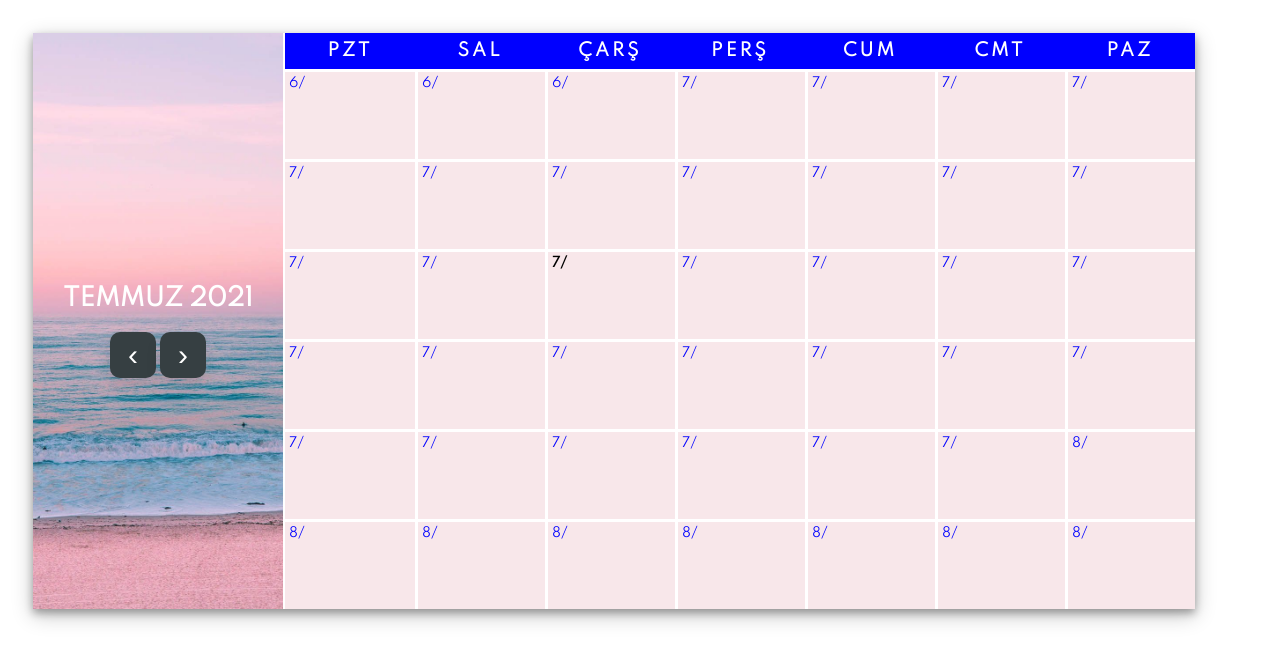
Repository: ahmetbugraozcan/javascript-calendar
Page: tablo.html
An editor plug-in stored every save of this project. The page is shown before and after the next save, followed by the edit.
The browser window is 1280 px wide. The pictures show the whole page.

Above is the page before, as saved 2021-07-14 12:53:21.

### tablo.html
<!DOCTYPE html>
<html lang="en">

<head>
    <link href='https://fonts.googleapis.com/css?family=Spartan' rel='stylesheet' type='text/css'>

    <meta charset="UTF-8">
    <meta http-equiv="X-UA-Compatible" content="IE=edge">
    <meta name="viewport" content="width=device-width, initial-scale=1.0">
    <title>Document</title>
</head>
<!--pazartesi salı çarş... için arrayler oluştur. arraylere göre günleri yerleştir.-->
<!--Veritabanı için dizi içinden kontroledivez. örneğin pazartesi[1] değeri 12 mayıs 2021 e eşitse databasede bununla eşleşen değeri getir
    ardından pazartesi[1] e eşdeğer olan id'li divin içeriği değişecek.-->

<style>
    /*bu rengi rgb(109, 109, 109) deaktifler için  de kullanabiliriz*/
    :root {
        /*üssttekilerden borderi al*/
        --border: 3.8px solid white;
        /* --border: 3.5px solid rgb(109, 109, 109);  */
        --backgroundcolor: #F8E7EA;
        /* --containercolor: #cc3c37; */
        /* --containercolor: rgb(196, 180, 180); */
        --containercolor: white;
    }

    body {
        font-family: 'Spartan', sans-serif;
    }

    * {
        box-sizing: border-box;
    }

    .days {
        background-color: blue;
        padding: 8px;
        color: white;
        letter-spacing: 3px;
        font-weight: bold;
        font-size: 17px;

    }

    .days,
    h2 {

        text-align: center;
    }


    .cell-last {

        border: none;
    }

    .cell-top {

        border-top: var(--border);
    }

    .button {
        /* butonları uzaklaştırıyor margin: 10px; */
        box-shadow: 0px white;
        font-size: 30px;
        background-color: #363f42;
        /* Green */
        border: none;
        border-radius: 10px;
        color: white;
        padding: 6px 18px;
        text-align: center;
        text-decoration: none;
        display: inline-block;
        box-shadow: 0px 8px 15px rgba(0, 0, 0, 0.1);
        transition: all 0.3s ease 0s;
        cursor: pointer;
    }

    .button:hover {
        background-color: #dce0dc;
        color: black;
        box-shadow: 0px 15px 20px rgba(209, 228, 220, 0.4);

        transform: translateY(-7px);
    }

    /* her hücre*/
    .cell,
    .cell-top,
    .cell-last {
        padding: 4px;
        cursor: pointer;
        background-color: var(--backgroundcolor);
        color: black;
        text-align: left;
        font-size: 13px;
        padding-right: 5px;
        text-overflow: clip;
        white-space: nowrap;
        overflow: hidden;
        border-top: var(--border);
        border-left: var(--border);
        width: 130px;
        height: 90px;
    }


    /*tablonun kendisi*/
    .calendar {

        box-shadow: 0 4px 8px 0 rgba(0, 0, 0, 0.3), 0 6px 20px 0 rgba(0, 0, 0, 0.24);
        margin: 25px;
        /* padding-right: 20px; #f26430; */
        overflow: hidden;
        display: flex;
        width: fit-content;
        background-color: var(--containercolor);
    }


    .container {
        margin: a;
        display: flex;
        width: fit-content;
        flex-direction: row;
    }

    .not-defteri-header {

        justify-content: center;
        flex-direction: row;
        display: flex;
        align-items: center;
    }

    .calendar-header {
        /*default*/
        /* background-image: url('/images/ilkbahar.jpg'); */
        color: rgb(255, 255, 255);
        background-size: cover;
        margin-right: 2px;
        justify-content: center;
        width: 250px;
        flex-direction: column;
        display: flex;
        align-items: center;
    }

    .not-defteri {
        display: none;
        background-color: red;
        width: 350px;
    }
</style>

<body>

    <span class="container">
        <div class="calendar">
            <div class="calendar-header", id="calendar-header">
                <div>
                    <h2 id="currentDate"></h2>
                </div>
                <div>
                    <span>
                        <button type="button" class="button" id="next-button" onclick="previousDate()">
                            &#8249
                        </button>
                    </span>
                    <span>
                        <button class="button" id="previous-button" type="button" onclick="nextDate()">
                            &#8250
                        </button>
                    </span>
                </div>



            </div>
            <div>
                <div>
                    <div class="days">PZT</div>
                </div>
                <div class="cell-top" style="border-left: none;" id="pazartesi0">1</div>
                <div class="cell" style="border-left: none;" id="pazartesi1">1</div>
                <div class="cell" style="border-left: none;" id="pazartesi2">1</div>
                <div class="cell" style="border-left: none;" id="pazartesi3">1</div>
                <div class="cell" style="border-left: none;" id="pazartesi4">1</div>
                <div style="border-bottom: none; border-left: none;" class="cell" id="pazartesi5">1</div>
            </div>
            <div>
                <div>
                    <div class="days">SAL</div>
                </div>
                <div class="cell-top" id="sali0">1</div>
                <div class="cell" id="sali1">1</div>
                <div class="cell" id="sali2">1</div>
                <div class="cell" id="sali3">1</div>
                <div class="cell" id="sali4">1</div>
                <div style="border-bottom: none;" class="cell" id="sali5">1</div>
            </div>
            <div>
                <div>
                    <div class="days">ÇARŞ</div>
                </div>
                <div class="cell-top" id="carsamba0">1</div>
                <div class="cell" id="carsamba1">1</div>
                <div id="carsamba2" class="cell">1</div>
                <div id="carsamba3" class="cell">1</div>
                <div id="carsamba4" class="cell">1</div>
                <div style="border-bottom: none;" id="carsamba5" class="cell">1</div>
            </div>
            <div>
                <div>
                    <div class="days">PERŞ</div>
                </div>
                <div class="cell-top" id="persembe0">1</div>
                <div class="cell" id="persembe1">1</div>
                <div id="persembe2" class="cell">1</div>
                <div id="persembe3" class="cell">1</div>
                <div id="persembe4" class="cell">1</div>
                <div style="border-bottom: none;" id="persembe5" class="cell">1</div>
            </div>
            <div>
                <div>
                    <div class="days">CUM</div>
                </div>
                <div class="cell-top" id="cuma0">1</div>
                <div class="cell" id="cuma1">1</div>
                <div id="cuma2" class="cell">1</div>
                <div id="cuma3" class="cell">1</div>
                <div id="cuma4" class="cell">1</div>
                <div style="border-bottom: none;" id="cuma5" class="cell">1</div>
            </div>
            <div>
                <div>
                    <div class="days">CMT</div>
                </div>
                <div class="cell-top" id="cumartesi0">1</div>
                <div class="cell" id="cumartesi1">1</div>
                <div class="cell" id="cumartesi2">1</div>
                <div class="cell" id="cumartesi3">1</div>
                <div class="cell" id="cumartesi4">1</div>
                <div style="border-bottom: none;" class="cell" id="cumartesi5">1</div>

            </div>
            <div>

                <div>
                    <div class="days">PAZ</div>
                </div>
                <div id="pazar0" class="cell-top">1</div>
                <div id="pazar1" class="cell-last">1</div>
                <div id="pazar2" class="cell-last">1</div>
                <div id="pazar3" class="cell-last">1</div>
                <div id="pazar4" class="cell-last">1</div>
                <div style="border-bottom: none;" id="pazar5" class="cell-last">1</div>
            </div>
        </div>
        <div id="not-defteri" class="not-defteri">
            <div class="not-defteri-header">
                <h1>Yapılacaklar</h1>
                <button onclick="disableNotePad()">Kapat</button>
            </div>
            <div id="not-defteri-1"></div>
            <div id="not-defteri-2"></div>

        </div>
    </span>

    </body>

    <script src="takvim.js">
    </script>



</html>

### takvim.js
function daysInMonth(month, year) {
    return new Date(year, month, 0).getDate();
}


var currentDate = new Date();
var pazartesi = [];
var sali = [];
var carsamba = [];
var persembe = [];
var cuma = [];
var cumartesi = [];
var pazar = [];
var gunler = ["pazar", "pazartesi", "sali", "carsamba", "persembe", "cuma", "cumartesi"];
var baslanacakDate = new Date(currentDate.getFullYear(), currentDate.getMonth(), 1);
var currentMonth = baslanacakDate.getMonth();
var currentYear = baslanacakDate.getFullYear();

// document.getElementById("previous-button").onclick = previousDate();
// document.getElementById("next-button").onclick = nextDate();

fillCalendar();




function fillCalendar() {

    var firstDate = baslanacakDate.getDay();
    if (firstDate == 0) {
        firstDate = 7;
    }
    baslanacakDate.setDate((baslanacakDate.getDate()) - (firstDate));
    // var today = new Date();
    // var todayWithoutTime = new Date(today.getFullYear(), today.getMonth(), today.getDate() );



    for (let i = 1; i <= 42; i++) {
        baslanacakDate.setDate((baslanacakDate.getDate()) + (1));
        // bir tabloda 42 gün var o ayın kaç çektiğini bul bu aydan geriye kaç sayacağız ona bul bu aydan ileri kaç sayacağız onu bul ve ona göre bir date oluştur.
        //ardından bu for döngüsünü kullan

        // if(baslanacakDate.toDateString() ==  todayWithoutTime.toDateString()){
        //     console.log("bugün eşitlendi : " + i);
        //     counter = i;
        // }

        switch (baslanacakDate.getDay()) {
            case 0:
                pazar.push(baslanacakDate.toLocaleDateString());

                break;
            case 1:
                pazartesi.push(baslanacakDate.toLocaleDateString());
                break;
            case 2:
                sali.push(baslanacakDate.toLocaleDateString());
                break;
            case 3:
                carsamba.push(baslanacakDate.toLocaleDateString());
                break;

            case 4:
                persembe.push(baslanacakDate.toLocaleDateString());
                break;

            case 5:
                cuma.push(baslanacakDate.toLocaleDateString());
                break;

            case 6:
                cumartesi.push(baslanacakDate.toLocaleDateString());
                break;
        }
    }


    document.getElementById("currentDate").innerHTML = getMonthAsString(currentMonth) + " " + currentYear;
    for (let i = 0; i < 6; i++) {
        document.getElementById(`pazar${i}`).innerHTML = getDayAsString(pazar[i]);

        document.getElementById(`pazartesi${i}`).innerHTML = getDayAsString(pazartesi[i]);
        document.getElementById(`sali${i}`).innerHTML = getDayAsString(sali[i]);
        document.getElementById(`carsamba${i}`).innerHTML = getDayAsString(carsamba[i]);
        document.getElementById(`persembe${i}`).innerHTML = getDayAsString(persembe[i]);
        document.getElementById(`cuma${i}`).innerHTML = getDayAsString(cuma[i]);
        document.getElementById(`cumartesi${i}`).innerHTML = getDayAsString(cumartesi[i]);

        document.getElementById(`pazar${i}`).style.color = "#0000FF";
        document.getElementById(`pazar${i}`).style.fontWeight = "500";

        document.getElementById(`pazartesi${i}`).style.color = "#0000FF";
        document.getElementById(`pazartesi${i}`).style.fontWeight = "500";

        document.getElementById(`sali${i}`).style.color = "#0000FF";
        document.getElementById(`sali${i}`).style.fontWeight = "500";

        document.getElementById(`carsamba${i}`).style.color = "#0000FF";
        document.getElementById(`carsamba${i}`).style.fontWeight = "500";

        document.getElementById(`persembe${i}`).style.color = "#0000FF";
        document.getElementById(`persembe${i}`).style.fontWeight = "500";

        document.getElementById(`cuma${i}`).style.color = "#0000FF";
        document.getElementById(`cuma${i}`).style.fontWeight = "500";

        document.getElementById(`cumartesi${i}`).style.color = "#0000FF";
        document.getElementById(`cumartesi${i}`).style.fontWeight = "500";

        document.getElementById(`pazar${i}`).onclick = function (event) {
            testfunc(`pazar${i}`);
        }
        document.getElementById(`pazartesi${i}`).onclick = function (event) {
            testfunc(`pazartesi${i}`);
        }
        document.getElementById(`sali${i}`).onclick = function (event) {
            testfunc(`sali${i}`);
        }
        document.getElementById(`carsamba${i}`).onclick = function (event) {
            testfunc(`carsamba${i}`);
        }
        document.getElementById(`persembe${i}`).onclick = function (event) {
            testfunc(`persembe${i}`);
        }

        document.getElementById(`cuma${i}`).onclick = function (event) {
            testfunc(`cuma${i}`);
        }
        document.getElementById(`cumartesi${i}`).onclick = function (event) {
            testfunc(`cumartesi${i}`);
        }


        if (pazar[i] == currentDate.toLocaleDateString()) {

            document.getElementById(`pazar${i}`).style.color = "black";
            document.getElementById(`pazar${i}`).style.fontWeight = "bold";
        } else if (pazartesi[i] == currentDate.toLocaleDateString()) {

            document.getElementById(`pazartesi${i}`).style.color = "black";
            document.getElementById(`pazartesi${i}`).style.fontWeight = "bold";
        } else if (sali[i] == currentDate.toLocaleDateString()) {

            document.getElementById(`sali${i}`).style.color = "black";
            document.getElementById(`sali${i}`).style.fontWeight = "bold";
        } else if (carsamba[i] == currentDate.toLocaleDateString()) {
            document.getElementById(`carsamba${i}`).style.fontWeight = "bold";
            document.getElementById(`carsamba${i}`).style.color = "black";
        } else if (persembe[i] == currentDate.toLocaleDateString()) {
            document.getElementById(`persembe${i}`).style.fontWeight = "bold";
            document.getElementById(`persembe${i}`).style.color = "black";
        } else if (cuma[i] == currentDate.toLocaleDateString()) {
            document.getElementById(`cuma${i}`).style.fontWeight = "bold";
            document.getElementById(`cuma${i}`).style.color = "black";
        } else if (cumartesi[i] == currentDate.toLocaleDateString()) {
            document.getElementById(`cumartesi${i}`).style.fontWeight = "bold";
            document.getElementById(`cumartesi${i}`).style.color = "black";
        }


        //-----------------------------------------------------------------
        // if (!isFromThisMonth(pazar[i])) {
        //     document.getElementById(`pazar${i}`).style.backgroundColor = "white";
        // } else {
        //     document.getElementById(`pazar${i}`).style.backgroundColor = "#303536"
        // }
        // if (!isFromThisMonth(pazartesi[i])) {
        //     document.getElementById(`pazartesi${i}`).style.backgroundColor = "white";
        // } else {
        //     document.getElementById(`pazartesi${i}`).style.backgroundColor = "#303536"
        // }
        // if (!isFromThisMonth(sali[i])) {
        //     document.getElementById(`sali${i}`).style.backgroundColor = "white";
        // } else {
        //     document.getElementById(`sali${i}`).style.backgroundColor = "#303536"
        // }
        // if (!isFromThisMonth(carsamba[i])) {
        //     document.getElementById(`carsamba${i}`).style.backgroundColor = "white";
        // } else {
        //     document.getElementById(`carsamba${i}`).style.backgroundColor = "#303536"
        // }
        // if (!isFromThisMonth(persembe[i])) {
        //     document.getElementById(`persembe${i}`).style.backgroundColor = "white";
        // } else {
        //     document.getElementById(`persembe${i}`).style.backgroundColor = "#303536"
        // }
        // if (!isFromThisMonth(cuma[i])) {
        //     document.getElementById(`cuma${i}`).style.backgroundColor = "white";
        // } else {
        //     document.getElementById(`cuma${i}`).style.backgroundColor = "#303536"
        // }
        // if (!isFromThisMonth(cumartesi[i])) {
        //     document.getElementById(`cumartesi${i}`).style.backgroundColor = "white";
        // } else {
        //     document.getElementById(`cumartesi${i}`).style.backgroundColor = "#303536"
        // }
    }

    setBackgroundImage();

}

//  function isFromThisMonth(yollanandate) {
//         console.log(Date(pazar[0]));
//         if (Date(yollanandate).getMonth() != currentMonth) {
//             return false;
//         } else {
//             return true;
//         }
//     }
function disableNotePad() {
    var notePad = document.getElementById("not-defteri");
    notePad.style.display = "none";
}

function testfunc(text) {
    var list = document.getElementById("not-defteri");
    var paragraf1 = document.getElementById("not-defteri-1");
    var paragraf2 = document.getElementById("not-defteri-2");
    list.style.display = "block";
    paragraf1.innerHTML = `${text}`;
    paragraf2.innerHTML = `${text}`;
    // while (list.hasChildNodes()) {
    //     list.removeChild(list.firstChild);
    // }
    // var element = document.createElement("div"); // Create a <p> node
    // var yapilacaklar= document.createTextNode(`${text}-${currentMonth}-${currentYear}  yapılacaklar`);


    // var x = document.createElement("div"); // Create a <p> node
    // var t = document.createTextNode(`${text}`);
    // element.appendChild(yapilacaklar);
    // x.appendChild(t);
    // list.appendChild(element);
    // list.appendChild(x);

    //databaseye birşeyler eklerken key olarak bu text değeri + yıl ay olarak ekleriz örneğin pazartesi[4] value olarak da valuesunu yollarız ve çekerken de bu key değerine göre çekeriz

}

function previousDate() {

    pazar = [];
    pazartesi = [];
    sali = [];
    carsamba = [];
    persembe = [];
    cuma = [];
    cumartesi = [];
    if (currentMonth > 0) {
        currentMonth--;
    } else {
        currentMonth = 11;
        currentYear--;
    }
    baslanacakDate = new Date(currentYear, currentMonth, 1);
    fillCalendar();


}

function getDayAsString(string) {
    var donulecekString = "";
    if (string[0] == 0) {} else {
        donulecekString += string[0];
    }
    donulecekString += string[1];
    return donulecekString;
}





function getMonthAsString(date) {
    switch (date) {
        case 0:
            return "OCAK";
        case 1:
            return "ŞUBAT";
        case 2:
            return "MART";
        case 3:
            return "NİSAN";
        case 4:
            return "MAYIS";
        case 5:
            return "HAZİRAN";
        case 6:
            return "TEMMUZ";
        case 7:
            return "AĞUSTOS";
        case 8:
            return "EYLÜL";
        case 9:
            return "EKİM";
        case 10:
            return "KASIM";
        case 11:
            return "ARALIK";
    }
}

function setBackgroundImage() {
    var doc = document.getElementById("calendar-header");
    console.log("bu ay : " + currentMonth)


    switch (currentMonth) {
        // case 6:
        //     console.log("tekli girdik");
        //     document.getElementById("calendar-header").style.backgroundImage= "url('/images/yaz.jpg')";
        // break;
        case 11:
        case 0:
        case 1:
            console.log("kis durumuna girdik");
            doc.style.backgroundImage = "url('/images/kis.png')";
            break;
        case 2:
        case 3:
        case 4:
            console.log("ilkbahar durumuna girdik");
            doc.style.backgroundImage = "url('/images/ilkbahar.jpg')";
            break;
        case 5:
        case 6:
        case 7:
            console.log("yaz durumuna girdik");
            doc.style.backgroundImage = "url('/images/yaz.jpg')";
            break;
        case 8:
        case 9:
        case 10:
            console.log("sonbahar durumuna girdik");
            doc.style.backgroundImage = "url('/images/sonbahar.jpg')";
            break;

    }
}

function nextDate() {

    pazar = [];
    pazartesi = [];
    sali = [];
    carsamba = [];
    persembe = [];
    cuma = [];
    cumartesi = [];
    if (currentMonth < 11) {
        currentMonth++;
    } else {
        currentMonth = 0;
        currentYear++;
    }
    baslanacakDate = new Date(currentYear, currentMonth, 1);
    fillCalendar();

}

After the next save:
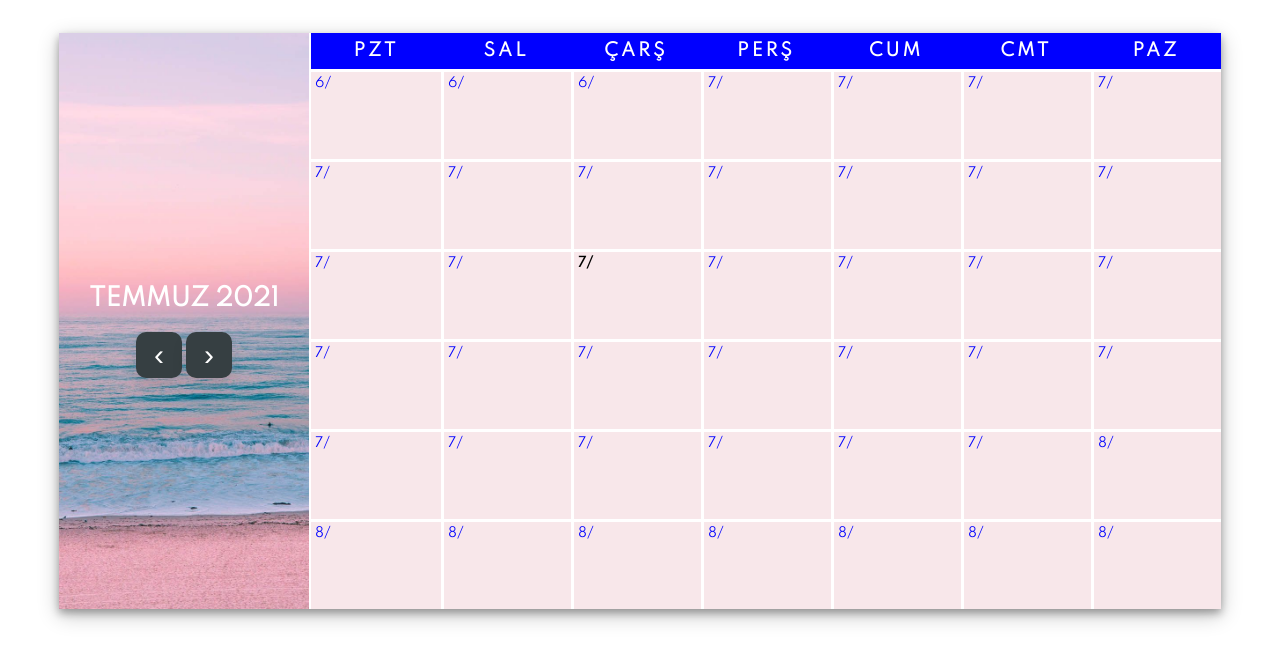
Saved 5 s later.
--- a/tablo.html
+++ b/tablo.html
@@ -121,7 +121,7 @@
 
 
     .container {
-        margin: a;
+        margin: auto;
         display: flex;
         width: fit-content;
         flex-direction: row;
